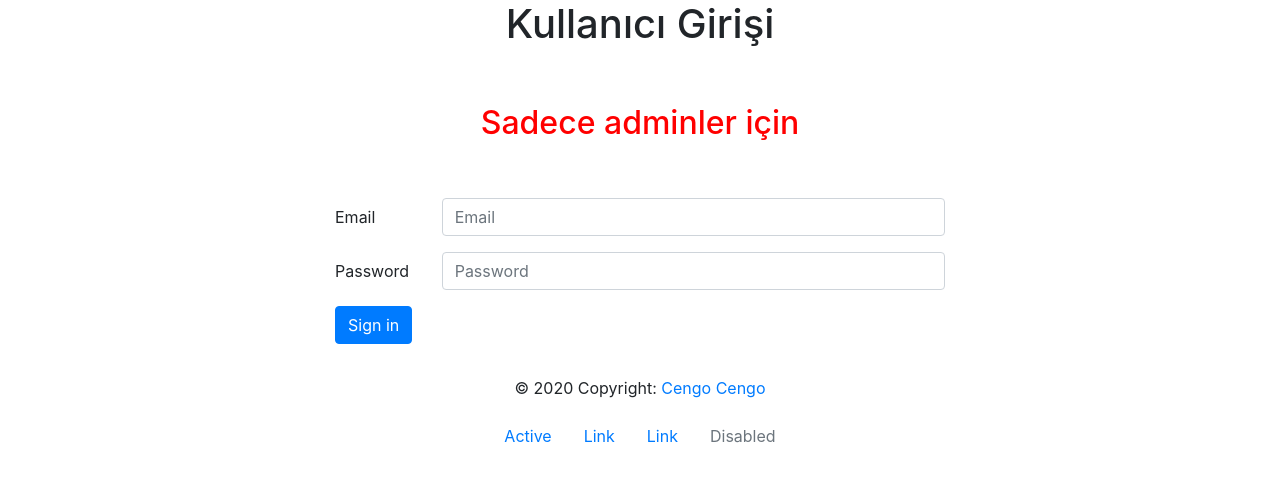
Repository: CengoCengo/NodeBlogCengo
Page: views/admin/signin.ejs
An editor plug-in stored every save of this project. The page is shown before and after the next save, followed by the edit.
The browser window is 1280 px wide. The pictures show the whole page.
The page is served by the project's Node server (server.js). Other server files are loaded and not shown. The template is opened directly, without the code that normally fills it, so the values that code supplies are empty.

Above is the page before, as saved 2020-02-26 00:50:08.

### views/admin/signin.ejs
<%- include("../partials/signHead") -%>

    <div class="container" style="width: 50%;">

        <h1 style="text-align: center;">Kullanıcı Girişi</h1>
        <br><br>

        <h2 style="text-align: center; color:red;">Sadece adminler için</h2>
        <br><br>
        <form>
            <div class="form-group row">
              <label for="inputEmail" class="col-sm-2 col-form-label">Email</label>
              <div class="col-sm-10">
                <input type="email" class="form-control" id="inputEmail3" placeholder="Email" name="username">
              </div>
            </div>
            <div class="form-group row">
              <label for="inputPassword3" class="col-sm-2 col-form-label">Password</label>
              <div class="col-sm-10">
                <input type="password" class="form-control" id="inputPassword" placeholder="Password">
              </div>
            </div>
            <div class="form-group row">
              <div class="col-sm-10">
                <button type="submit" class="btn btn-primary">Sign in</button>
              </div>
            </div>
          </form>
    </div>

    <%- include("../partials/signFooter") -%>

### views/partials/signHead.ejs
<!DOCTYPE html>
<html lang="en">
<head>
    <meta charset="UTF-8">
    <meta name="viewport" content="width=device-width, initial-scale=1.0">
    <title>SignIn</title>
    <link rel="stylesheet" href="https://stackpath.bootstrapcdn.com/bootstrap/4.3.1/css/bootstrap.min.css" integrity="sha384-ggOyR0iXCbMQv3Xipma34MD+dH/1fQ784/j6cY/iJTQUOhcWr7x9JvoRxT2MZw1T" crossorigin="anonymous">
    <script src="https://code.jquery.com/jquery-3.3.1.slim.min.js" integrity="sha384-q8i/X+965DzO0rT7abK41JStQIAqVgRVzpbzo5smXKp4YfRvH+8abtTE1Pi6jizo" crossorigin="anonymous"></script>
    <script src="https://cdnjs.cloudflare.com/ajax/libs/popper.js/1.14.7/umd/popper.min.js" integrity="sha384-UO2eT0CpHqdSJQ6hJty5KVphtPhzWj9WO1clHTMGa3JDZwrnQq4sF86dIHNDz0W1" crossorigin="anonymous"></script>
    <script src="https://stackpath.bootstrapcdn.com/bootstrap/4.3.1/js/bootstrap.min.js" integrity="sha384-JjSmVgyd0p3pXB1rRibZUAYoIIy6OrQ6VrjIEaFf/nJGzIxFDsf4x0xIM+B07jRM" crossorigin="anonymous"></script>

</head>

<body>

### views/partials/signFooter.ejs



<!-- Footer -->


    <!-- Copyright -->
    <div class="footer-copyright text-center py-3">© 2020 Copyright:
      <a href="/"> Cengo Cengo</a>
    </div>
    <!-- Copyright -->
    <ul class="nav justify-content-center">
        <li class="nav-item">
          <a class="nav-link active" href="#">Active</a>
        </li>
        <li class="nav-item">
          <a class="nav-link" href="#">Link</a>
        </li>
        <li class="nav-item">
          <a class="nav-link" href="#">Link</a>
        </li>
        <li class="nav-item">
          <a class="nav-link disabled" href="#" tabindex="-1" aria-disabled="true">Disabled</a>
        </li>
      </ul>


<!-- Footer -->

</body>

</html>

### server.js
//jshint esversion:6
const express = require("express");
const bodyParser = require("body-parser");
const app = express();
app.use(bodyParser.urlencoded({extended:true}));

//AppRoutes

const indexRoutes = require("./routes/indexRoutes");
const adminRoutes = require("./routes/adminRoutes");


//AppConfig
app.use(express.static("public"))

app.listen(3001, function(){

console.log("Server started on port 3000")

});

//RoutesUsing

app.use(indexRoutes);
app.use(adminRoutes)

const mongoose = require('mongoose');

mongoose.connect("mongodb://127.0.0.1:27017/CengoDB", {useNewUrlParser:true});

// article.save();

After the next save:
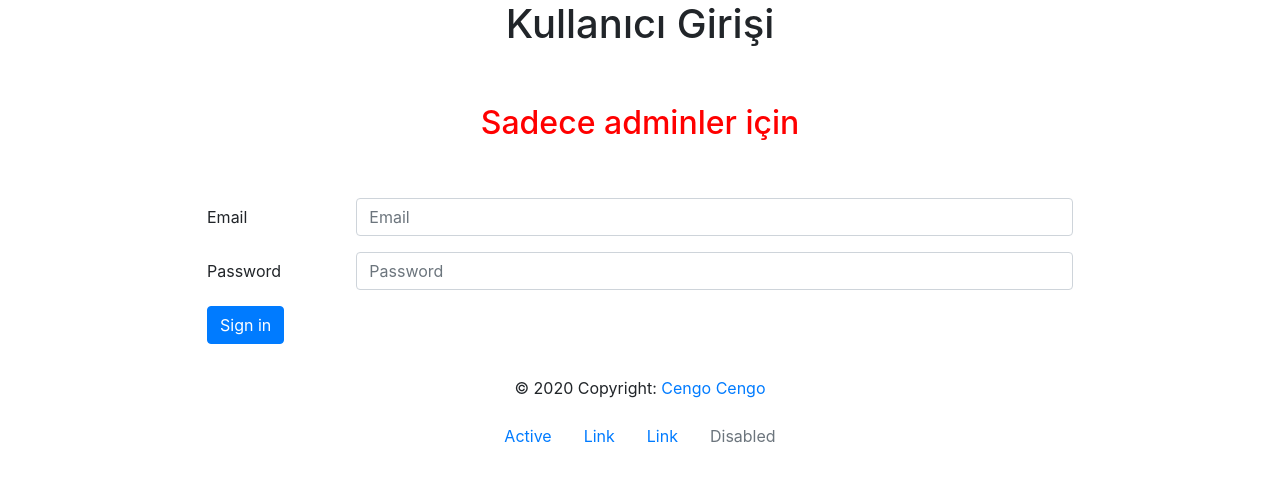
Saved 25 s later.
--- a/views/admin/signin.ejs
+++ b/views/admin/signin.ejs
@@ -1,6 +1,6 @@
 <%- include("../partials/signHead") -%>
 
-    <div class="container" style="width: 50%;">
+    <div class="container" style="width: 70%;">
 
         <h1 style="text-align: center;">Kullanıcı Girişi</h1>
         <br><br>
